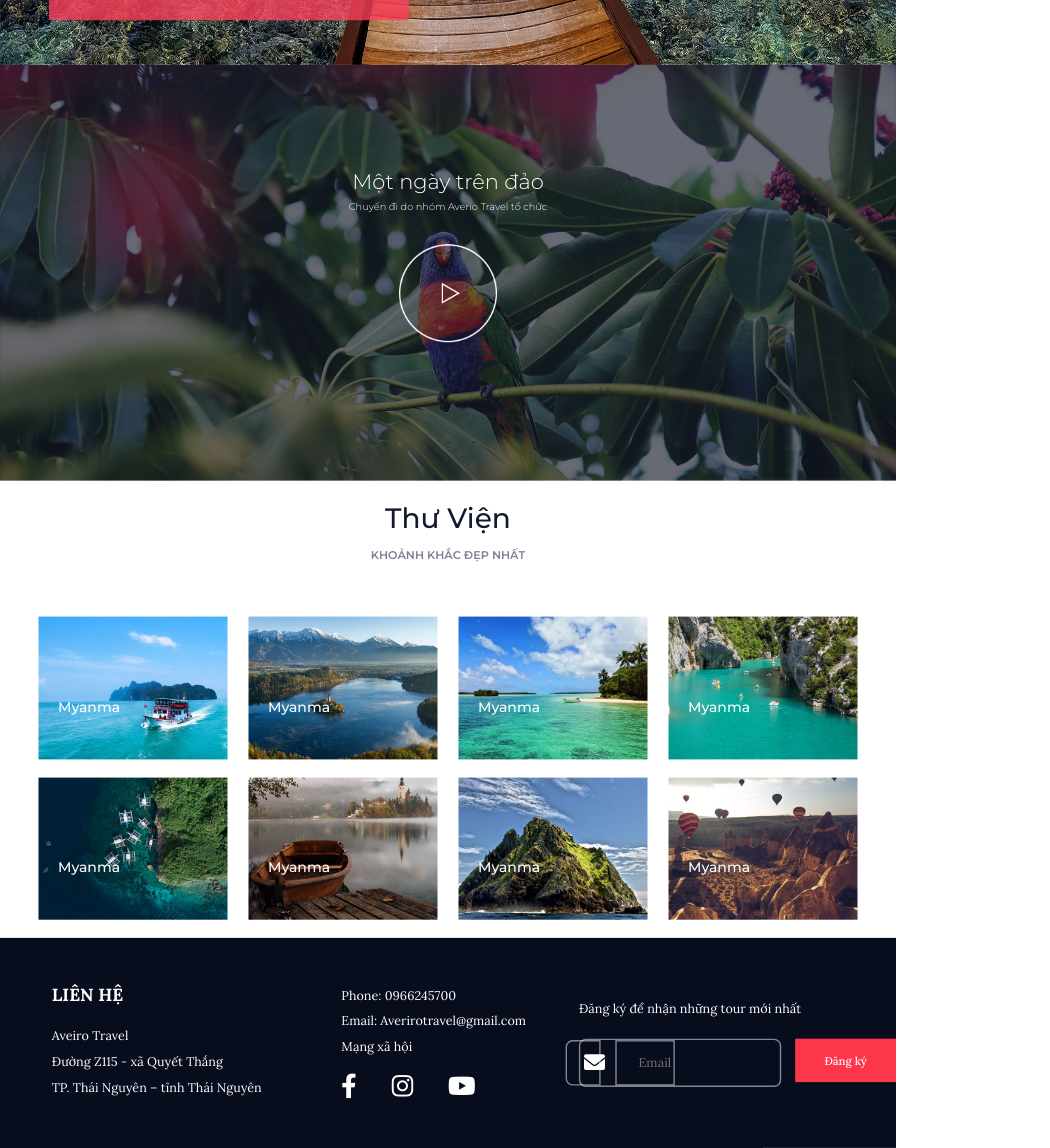
Repository: tuan842001/demotest
Page: /
The author's editor kept a copy of each file at every save. The page is drawn from the files as they stood at one save, then again after the next save.
The browser window is 1280 px wide. The page is 1500 px wide, so the pictures cover 1500 px, including what lies to the right of the window. The pictures show the part of the page from y = 1637 to 3277 px (the page is 3277 px tall), at 70% of full size.
The project was rebuilt for these pictures with package versions that can differ from the ones it lists, and the page was loaded fresh each time. Also part of the build but not shown: src/components/intourPost/IntourPost.jsx, src/components/posts/posts.css, src/pages/login/login.css, src/pages/login/Login.jsx, src/components/header/HeaderIntour.jsx, src/components/offers/offers.css, src/components/offers/Offers.jsx, src/pages/intour/Intour.jsx and 8 more.

Above is the page before, as saved 2021-10-16 20:25:24.

After the next save:
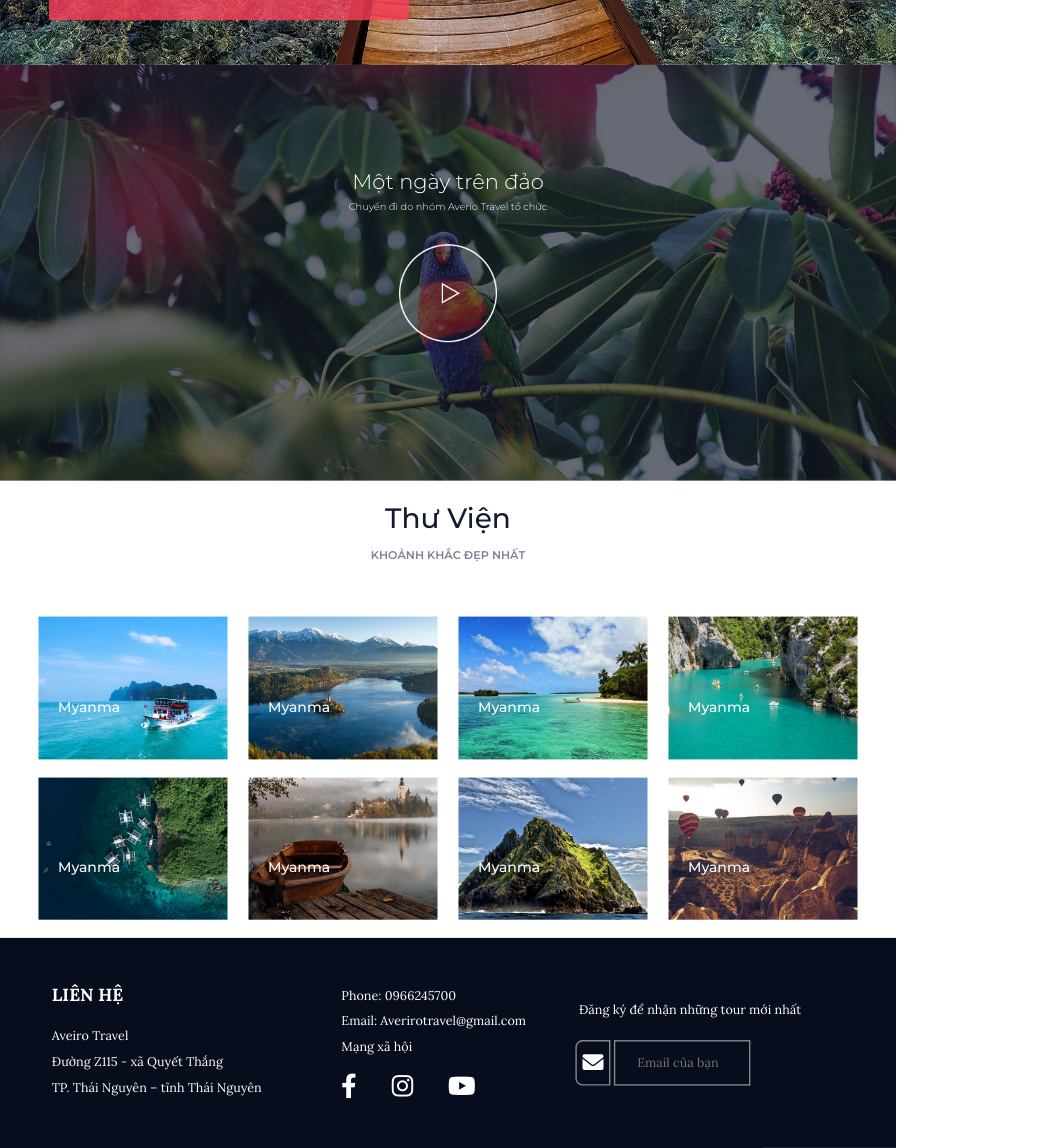
Saved 88 s later.
--- a/src/components/bottombar/Bottombar.jsx
+++ b/src/components/bottombar/Bottombar.jsx
@@ -24,19 +24,14 @@ export default function Bottombar() {
       <div className="bottomRight">
         <span className="bottomText">Đăng ký để nhận những tour mới nhất</span>
         <div className="bottomSubscribe">
-          <div>
-            <i class="fas fa-envelope"></i>
-            <input
-              type="email"
-              id="bottom_input"
-              className="bottom_input"
-              placeholder="Email của bạn"
-            />
-            <input type="submit" name="submit" class="sm" value="" />
-          </div>
-          <button type="submit" id="bottom_button" class="bottom_button">
-            Đăng ký
-          </button>
+          <i class="fas fa-envelope"></i>
+          <input
+            type="email"
+            id="bottom_input"
+            className="bottom_input"
+            placeholder="Email của bạn"
+          />
+          <input type="submit" name="submit" class="sm" value="" />
         </div>
       </div>
     </div>
